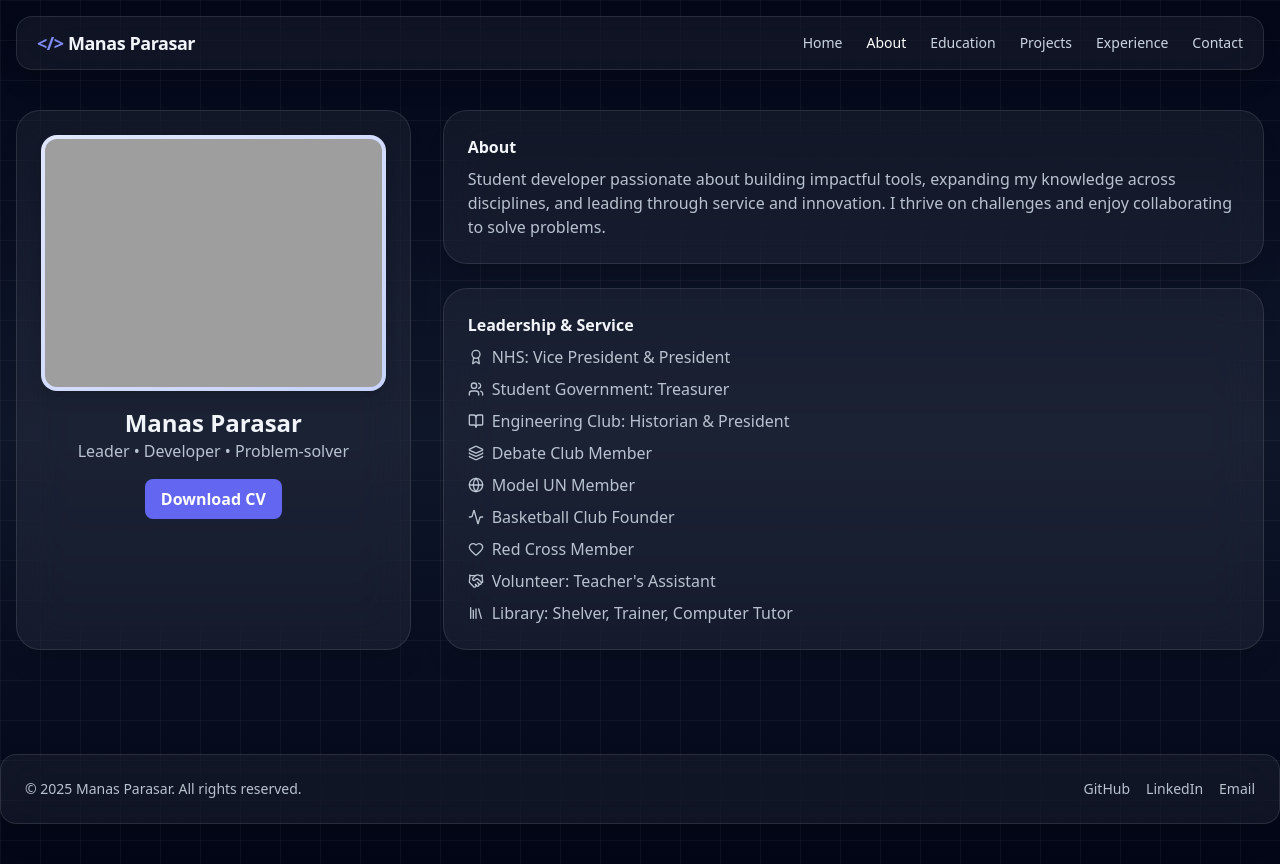
Repository: Manas-Parasar/portfolio-manas-parasar
Page: /about
The author's editor kept a copy of each file at every save. The page is drawn from the files as they stood at one save, then again after the next save.
The browser window is 1280 px wide. The pictures show the whole page.
Pictures or frames that could not be fetched are drawn as grey boxes. The project was rebuilt for these pictures with package versions that can differ from the ones it lists, and the page was loaded fresh each time. Also part of the build but not shown: vite.config.js, src/components/Hero.jsx, src/components/Section.jsx, src/components/ProjectCard.jsx, src/pages/Home.jsx, src/pages/Projects.jsx, src/components/TimelineItem.jsx, src/pages/Experience.jsx and 1 more. Imported but missing from the stored project, and not drawn on this page: src/assets/Manas Parasar Resume.pdf.

Above is the page before, as saved 2025-08-22 00:14:23.

After the next save:
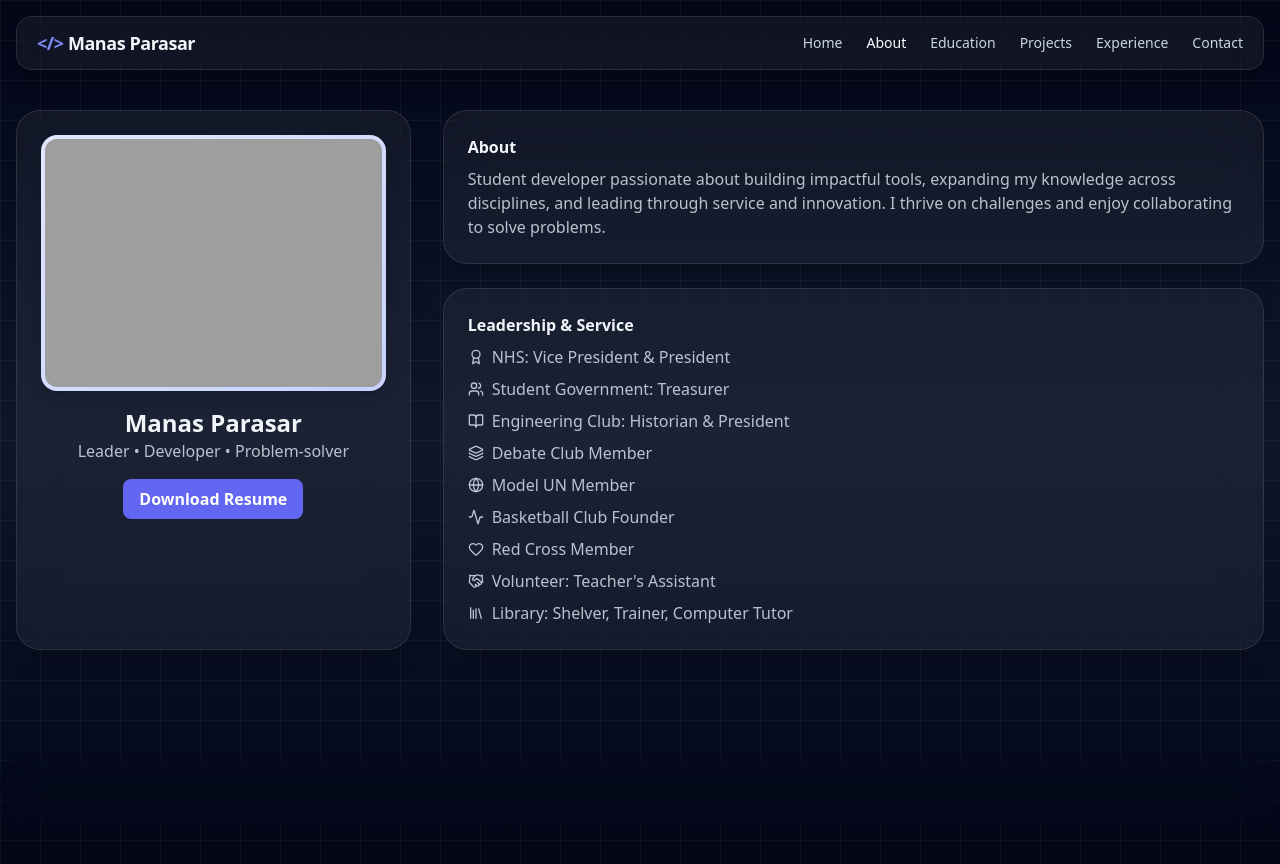
Saved 13 min 1 s later.
--- a/src/pages/About.jsx
+++ b/src/pages/About.jsx
@@ -1,5 +1,5 @@
 import MyPortrait from "../assets/MyPortrait.png";
-const MyCV = "#"; // TODO: Replace with actual CV import when available
+import MyResume from "../assets/Manas Parasar Resume.pdf";
 import { motion } from "framer-motion";
 import {
   Award,
@@ -31,11 +31,11 @@ export default function About() {
         <h2 className="text-2xl font-bold mt-4">Manas Parasar</h2>
         <p className="subtle">Leader • Developer • Problem-solver</p>
         <a
-          href={MyCV}
-          download="Manas_Parasar_CV.pdf"
+          href={MyResume}
+          download="Manas Parasar Resume.pdf"
           className="mt-4 inline-block bg-brand-500 hover:bg-brand-600 text-white font-bold py-2 px-4 rounded-lg transition-colors"
         >
-          Download CV
+          Download Resume
         </a>
       </motion.div>
 
